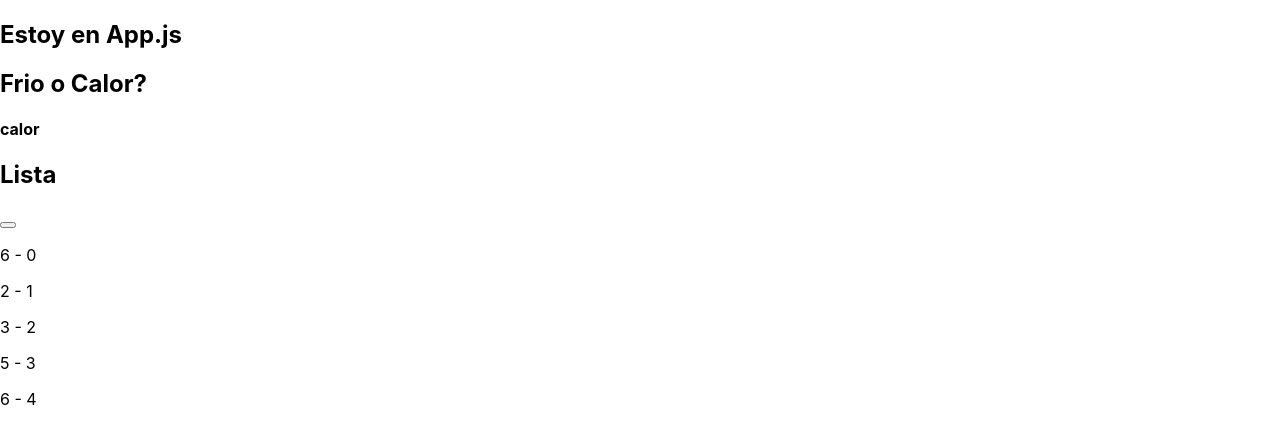
Repository: geraldine-ventura/Jsx-practica-terminada
Page: /
An editor plug-in stored every save of this project. The page is shown before and after the next save, followed by the edit.
The browser window is 1280 px wide. The pictures show the whole page.
The project was rebuilt for these pictures with package versions that can differ from the ones it lists, and the page was loaded fresh each time.

Above is the page before, as saved 2022-12-28 19:53:01.

After the next save:
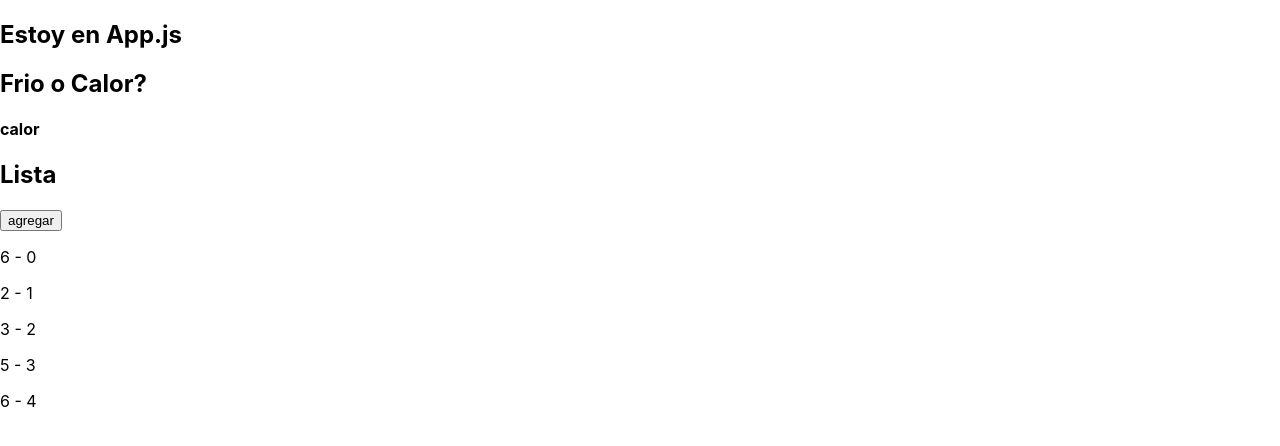
Saved 2 min 14 s later.
--- a/src/componetes/Lista.js
+++ b/src/componetes/Lista.js
@@ -10,7 +10,7 @@ const  Lista= () => {
     return (
         <Fragment>
           <h2> Lista</h2>
-          <button onClick={agregarElemento}></button>
+          <button onClick={agregarElemento}>agregar</button>
           {
             arrayNumero.map((item,index )=>
                 <p key ={index}>
